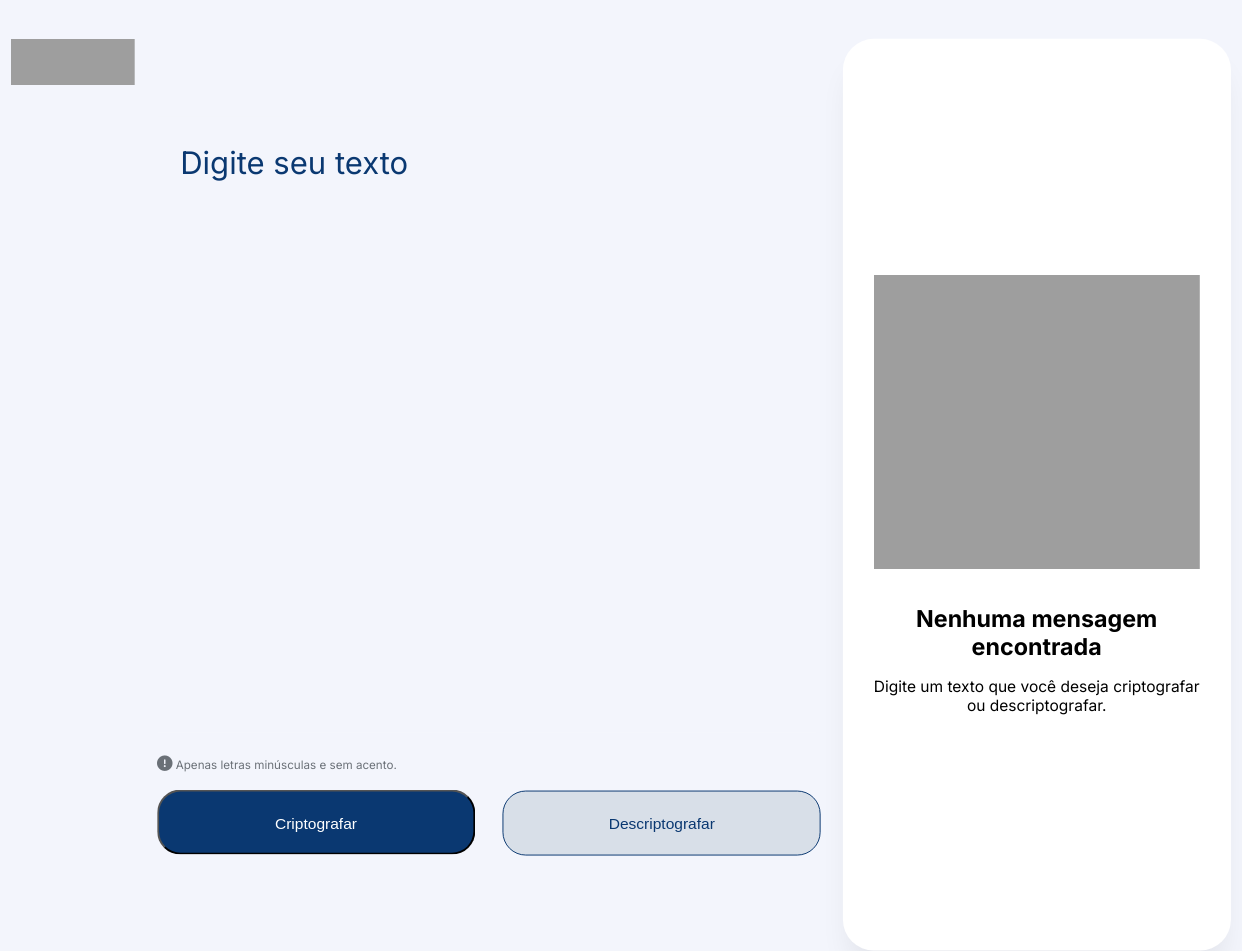
Repository: CarlosEduardoVdeOliveira/descodificador-de-texto
Page: index.html
The author's editor kept a copy of each file at every save. The page is drawn from the files as they stood at one save, then again after the next save.
The browser window is 1280 px wide. The pictures show the whole page, at 97% of full size.
Pictures or frames that could not be fetched are drawn as grey boxes.

Above is the page before, as saved 2023-04-12 08:38:09.

After the next save:
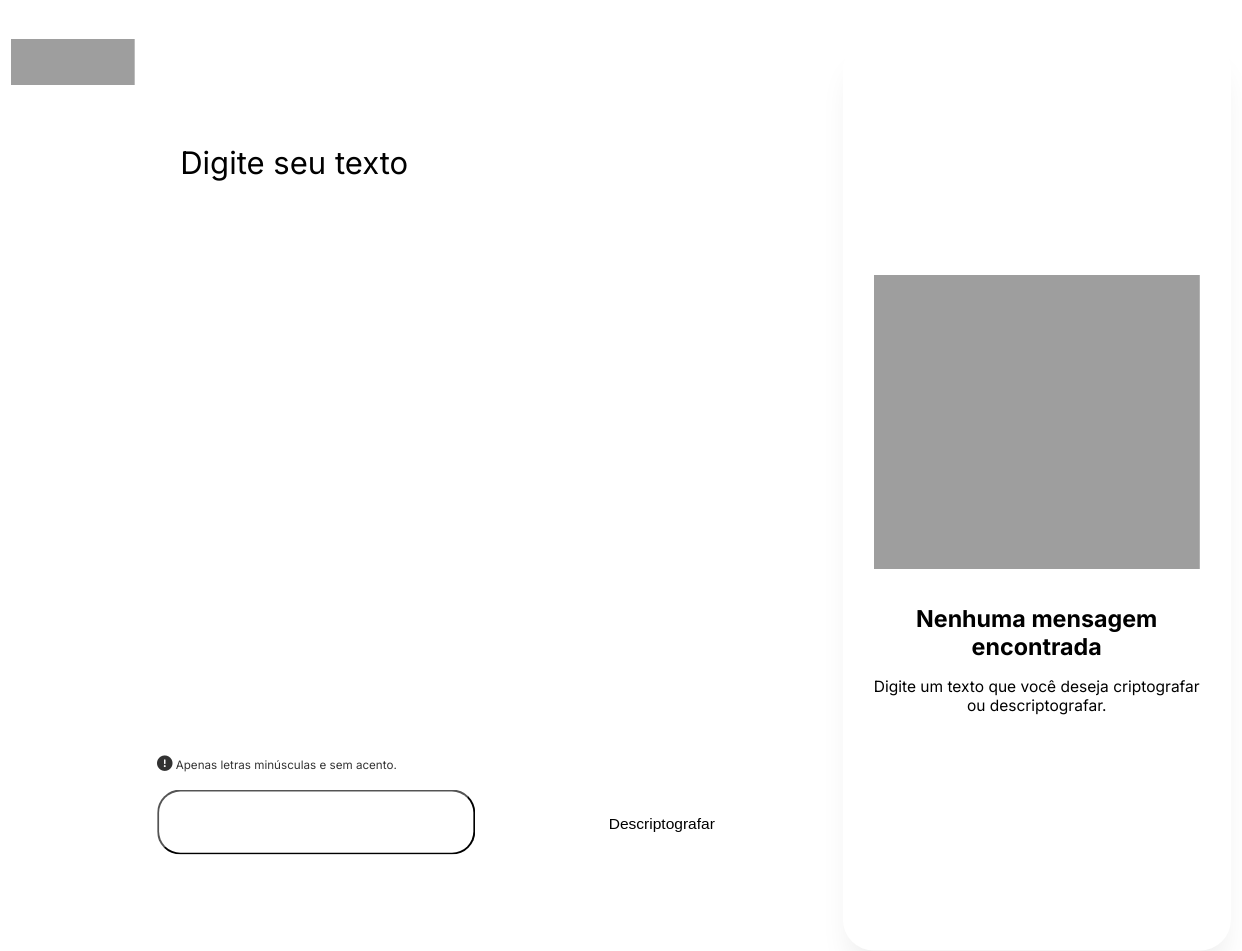
Saved 53 s later.
--- a/public/styles/index.css
+++ b/public/styles/index.css
@@ -1,21 +1,4 @@
-:root{
-   --light-gray: #D8DFE8;
-   --gray-100: #CED4DA;
-   --gray-200: #ADB5BD;
-   --gray-300: #868E96;
-   --gray-400: #495057;
-   --gray-500: #343A40;
-   --light-blue-100: #F3F5FC;
-   --light-blue-200: #EFF1FA;
-   --light-blue-300: #E9ECF8;
-   --light-blue-400: #AAB2D5;
-   --light-blue-500: #757FB2;
-   --dark-blue-100: #609ED4;
-   --dark-blue-200: #356EA9;
-   --dark-blue-300: #0A3871;
-   --dark-blue-400: #072B61;
-   --dark-blue-500: #052051;
-}
+
 header{
    width: 100%;
    height: 2.5rem;

After the save that followed:
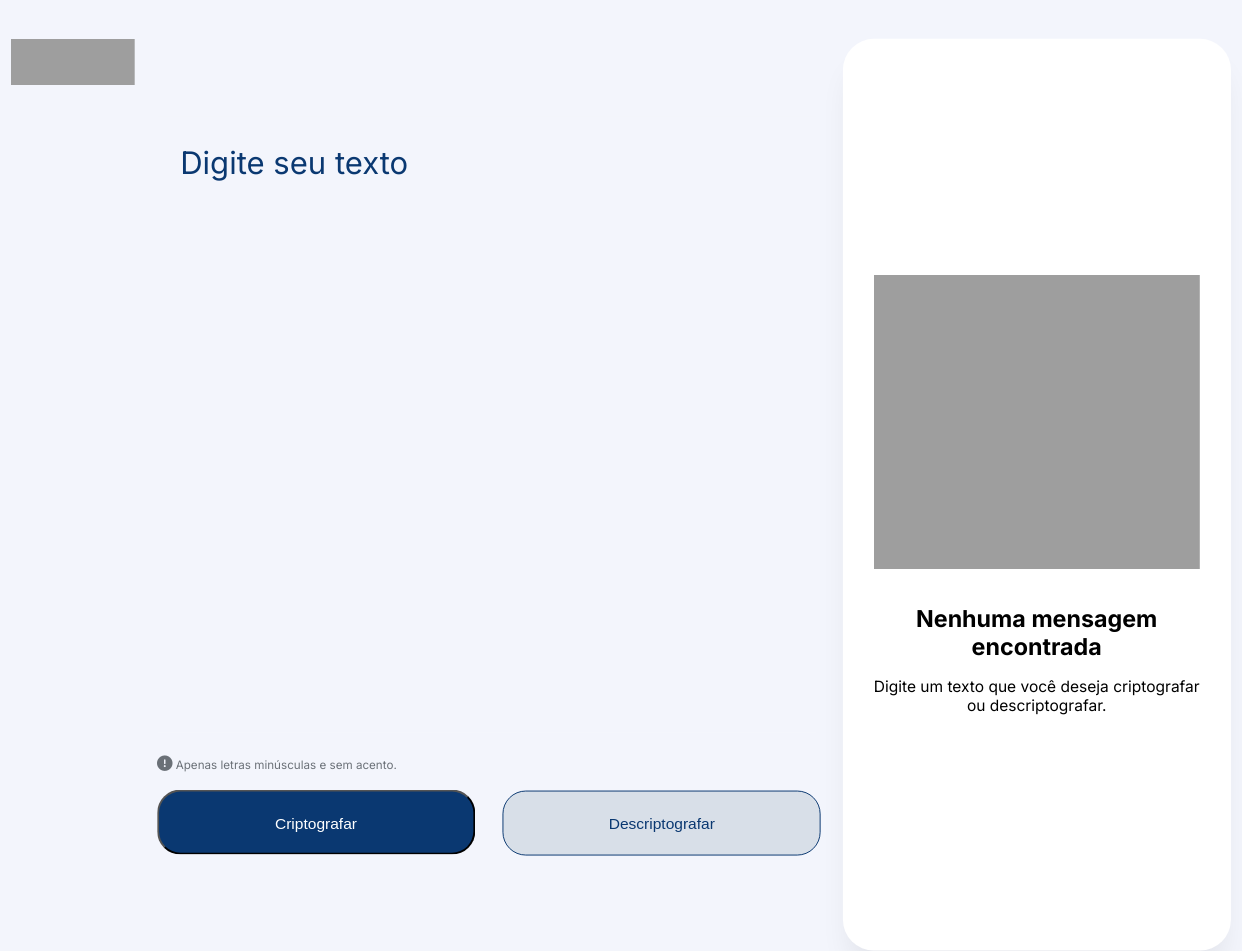
Saved 6 s later.
--- a/public/styles/reset.css
+++ b/public/styles/reset.css
@@ -3,6 +3,24 @@
    padding: 0;
    box-sizing: border-box;
 }
+:root{
+   --light-gray: #D8DFE8;
+   --gray-100: #CED4DA;
+   --gray-200: #ADB5BD;
+   --gray-300: #868E96;
+   --gray-400: #495057;
+   --gray-500: #343A40;
+   --light-blue-100: #F3F5FC;
+   --light-blue-200: #EFF1FA;
+   --light-blue-300: #E9ECF8;
+   --light-blue-400: #AAB2D5;
+   --light-blue-500: #757FB2;
+   --dark-blue-100: #609ED4;
+   --dark-blue-200: #356EA9;
+   --dark-blue-300: #0A3871;
+   --dark-blue-400: #072B61;
+   --dark-blue-500: #052051;
+}
 html{
    font-family:  'Inter', sans-serif;
    font-size: 1rem;
